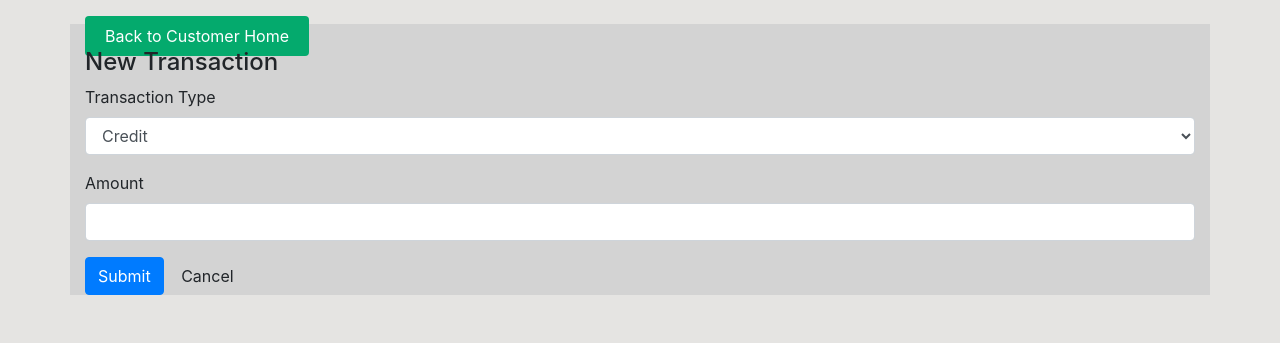
Repository: SuyashAwasthy/Javaee
Page: http://localhost/13-bank-application-mvc/newTransaction.jsp
The author's editor kept a copy of each file at every save. The page is drawn from the files as they stood at one save, then again after the next save.
The browser window is 1280 px wide. The pictures show the whole page.
Some web libraries are served in a nearby version. The page is served by Tomcat 9.

Above is the page before, as saved 2024-07-22 15:58:19.

After the next save:
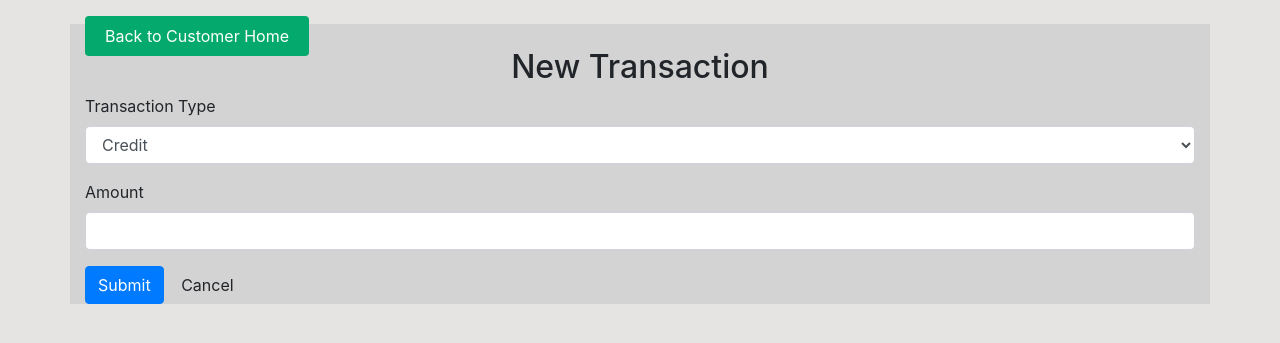
Saved 20 s later.
--- a/13-bank-application-mvc/WebContent/newTransaction.jsp
+++ b/13-bank-application-mvc/WebContent/newTransaction.jsp
@@ -22,7 +22,7 @@
     <div class="container mt-4">
         <a href="user" class="button">Back to Customer Home</a>
 
-        <h4>New Transaction</h4>
+        <h2 class="text-center">New Transaction</h2>
 
         <form action="user" method="get">
             <input type="hidden" name="command" value="new_transaction">
